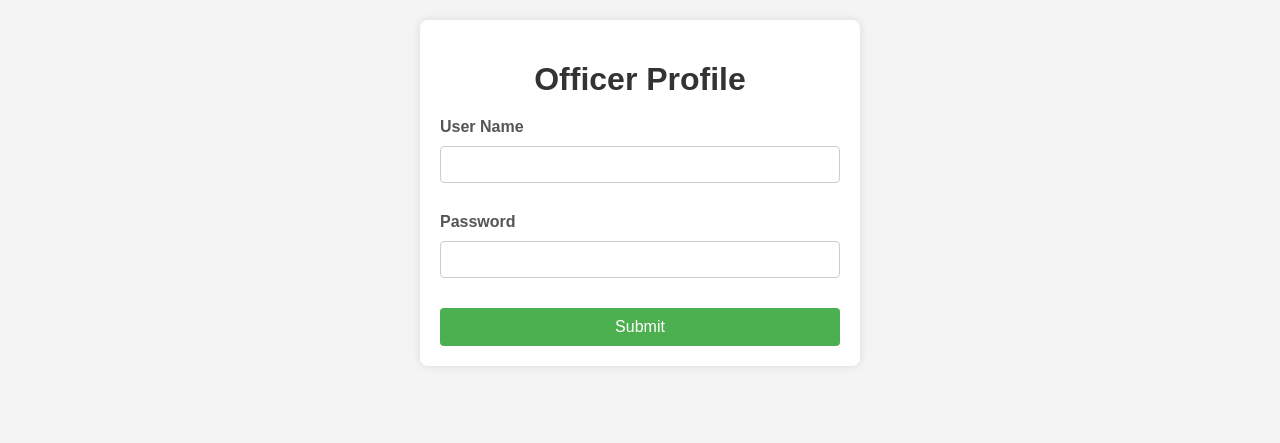
Repository: OmarAl-Saleh/Hospital-Emergency-System
Page: http://localhost/EmergencySystem/officer/sign-up.jsp
These files come from the project's save history. The page is drawn as it stood at one moment and after the next save; the edit follows.
The browser window is 1280 px wide. The pictures show the whole page.
The page is served by Tomcat 9. Other server files are loaded and not shown.

Above is the page before, as saved 2024-05-25 03:54:49.

### EmergencySystem/EmergencySystem/src/main/webapp/officer/sign-up.jsp
<!DOCTYPE html>
<html>
<head>
    <meta charset="ISO-8859-1">
    <title>Department Nurse Profile Form</title>
    <style>
        body {
            font-family: Arial, sans-serif;
            background-color: #f4f4f4;
            margin: 0;
            padding: 20px;
        }

        form {
            background-color: white;
            padding: 20px;
            border-radius: 8px;
            box-shadow: 0 0 10px rgba(0, 0, 0, 0.1);
            max-width: 400px;
            margin: auto;
        }

        h1 {
            text-align: center;
            color: #333;
            margin-bottom: 20px;
        }

        label {
            display: block;
            margin-bottom: 10px;
            font-weight: bold;
            color: #555;
        }

        input[type="text"], input[type="password"], input[type="email"], input[type="tel"] {
            width: 100%;
            padding: 10px;
            margin-bottom: 15px;
            border: 1px solid #ccc;
            border-radius: 4px;
            box-sizing: border-box;
        }

        input[type="submit"] {
            background-color: #4CAF50;
            color: white;
            border: none;
            padding: 10px 20px;
            cursor: pointer;
            border-radius: 4px;
            width: 100%;
            font-size: 16px;
        }

        input[type="submit"]:hover {
            background-color: #45a049;
        }

        .form-group {
            margin-bottom: 15px;
        }
    </style>
</head>
<body>
    <form action="officer" method="post">
        <h1>Officer Profile</h1>

        <input type="hidden" name="source" value="sign-up"/>
        <div class="form-group">
            <label for="name">User Name</label>
            <input type="text" id="name" name="name" required/>
        </div>
        <div class="form-group">
            <label for="password">Password</label>
            <input type="password" id="password" name="password" required/>
        </div>
        <input type="submit" value="Submit"/>
    </form>
</body>
</html>

After the next save:
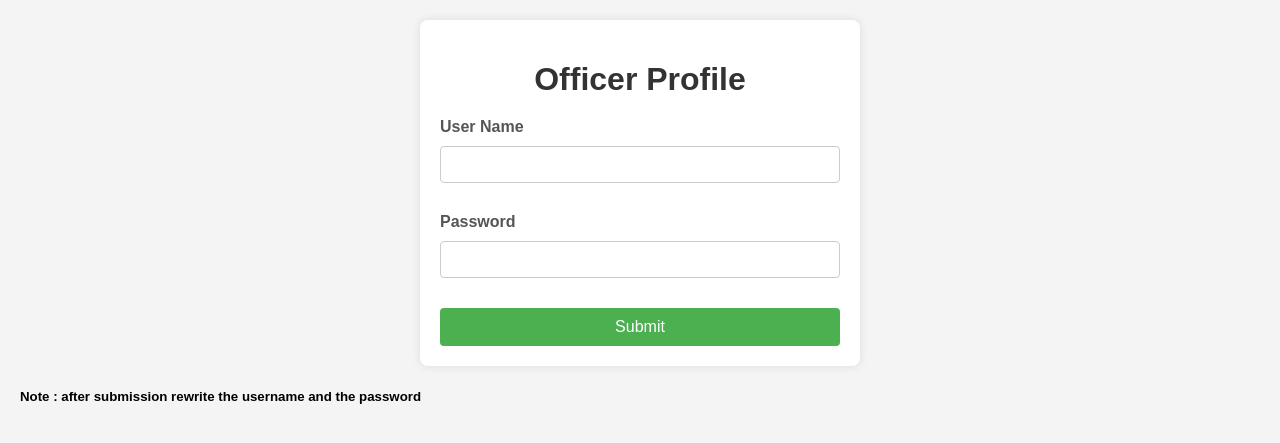
Saved 3 min 17 s later.
--- a/EmergencySystem/EmergencySystem/src/main/webapp/officer/sign-up.jsp
+++ b/EmergencySystem/EmergencySystem/src/main/webapp/officer/sign-up.jsp
@@ -2,7 +2,7 @@
 <html>
 <head>
     <meta charset="ISO-8859-1">
-    <title>Department Nurse Profile Form</title>
+    <title>officer Profile Form</title>
     <style>
         body {
             font-family: Arial, sans-serif;
@@ -77,5 +77,6 @@
         </div>
         <input type="submit" value="Submit"/>
     </form>
+    <h5>Note : after submission rewrite the username and the password</h5>
 </body>
 </html>
